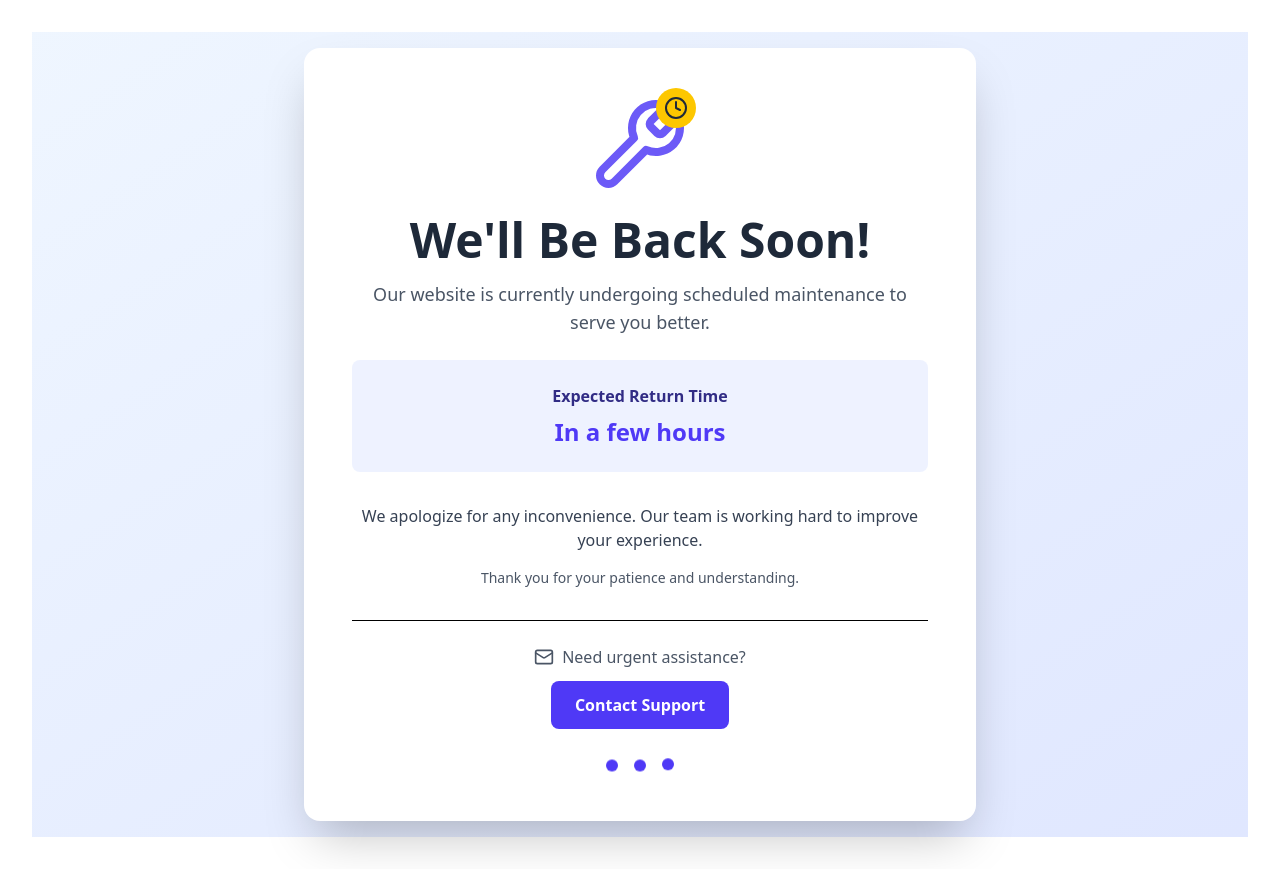
Repository: samratpoudel444/Maintenance
Page: / (app in fronted/)
The author's editor kept a copy of each file at every save. The page is drawn from the files as they stood at one save, then again after a run of saves.
The browser window is 1280 px wide. The pictures show the whole page.
The project was rebuilt for these pictures with package versions that can differ from the ones it lists, and the page was loaded fresh each time. Also part of the build but not shown: fronted/vite.config.js.

Above is the page before, as saved 2025-11-28 12:19:31.

### fronted/index.html
<!doctype html>
<html lang="en">
  <head>
    <meta charset="UTF-8" />
    <link rel="icon" type="image/svg+xml" href="/vite.svg" />
    <meta name="viewport" content="width=device-width, initial-scale=1.0" />
    <title>fronted</title>
  </head>
  <body>
    <div id="root"></div>
    <script type="module" src="/src/main.jsx"></script>
  </body>
</html>

### fronted/src/App.jsx
import './App.css'
import { Wrench, Clock, Mail } from "lucide-react";

function App() {

  return (
    <>
        <div className="min-h-screen bg-gradient-to-br from-blue-50 to-indigo-100 flex items-center justify-center p-4">
      <div className="max-w-2xl w-full bg-white rounded-2xl shadow-2xl p-8 md:p-12 text-center">
        <div className="flex justify-center mb-6">
          <div className="relative">
            <Wrench className="w-24 h-24 text-indigo-600 animate-pulse" />
            <div className="absolute -top-2 -right-2 bg-yellow-400 rounded-full p-2">
              <Clock className="w-6 h-6 text-gray-800" />
            </div>
          </div>
        </div>

        <h1 className="text-4xl md:text-5xl font-bold text-gray-800 mb-4">
          We'll Be Back Soon!
        </h1>

        <p className="text-lg text-gray-600 mb-6">
          Our website is currently undergoing scheduled maintenance to serve you better.
        </p>

        <div className="bg-indigo-50 rounded-lg p-6 mb-8">
          <p className="text-indigo-900 font-semibold mb-2">
            Expected Return Time
          </p>
          <p className="text-2xl font-bold text-indigo-600">
            In a few hours
          </p>
        </div>

        <div className="space-y-4 mb-8">
          <p className="text-gray-700">
            We apologize for any inconvenience. Our team is working hard to improve your experience.
          </p>
          <p className="text-gray-600 text-sm">
            Thank you for your patience and understanding.
          </p>
        </div>

        <div className="border-t pt-6">
          <p className="text-gray-600 mb-3 flex items-center justify-center gap-2">
            <Mail className="w-5 h-5" />
            Need urgent assistance?
          </p>
          <a
            href="mailto:support@yoursite.com"
            className="inline-block bg-indigo-600 text-white px-6 py-3 rounded-lg font-semibold hover:bg-indigo-700 transition-colors"
          >
            Contact Support
          </a>
        </div>

        <div className="mt-8 flex justify-center gap-4">
          <div className="w-3 h-3 bg-indigo-600 rounded-full animate-bounce"></div>
          <div className="w-3 h-3 bg-indigo-600 rounded-full animate-bounce" style={{ animationDelay: "0.2s" }}></div>
          <div className="w-3 h-3 bg-indigo-600 rounded-full animate-bounce" style={{ animationDelay: "0.4s" }}></div>
        </div>
      </div>
    </div>
    </>
  )
}

export default App

Loaded but not shown: fronted/src/main.jsx (common file); fronted/src/index.css (common file); fronted/src/App.css (common file)

After the next 2 saves:
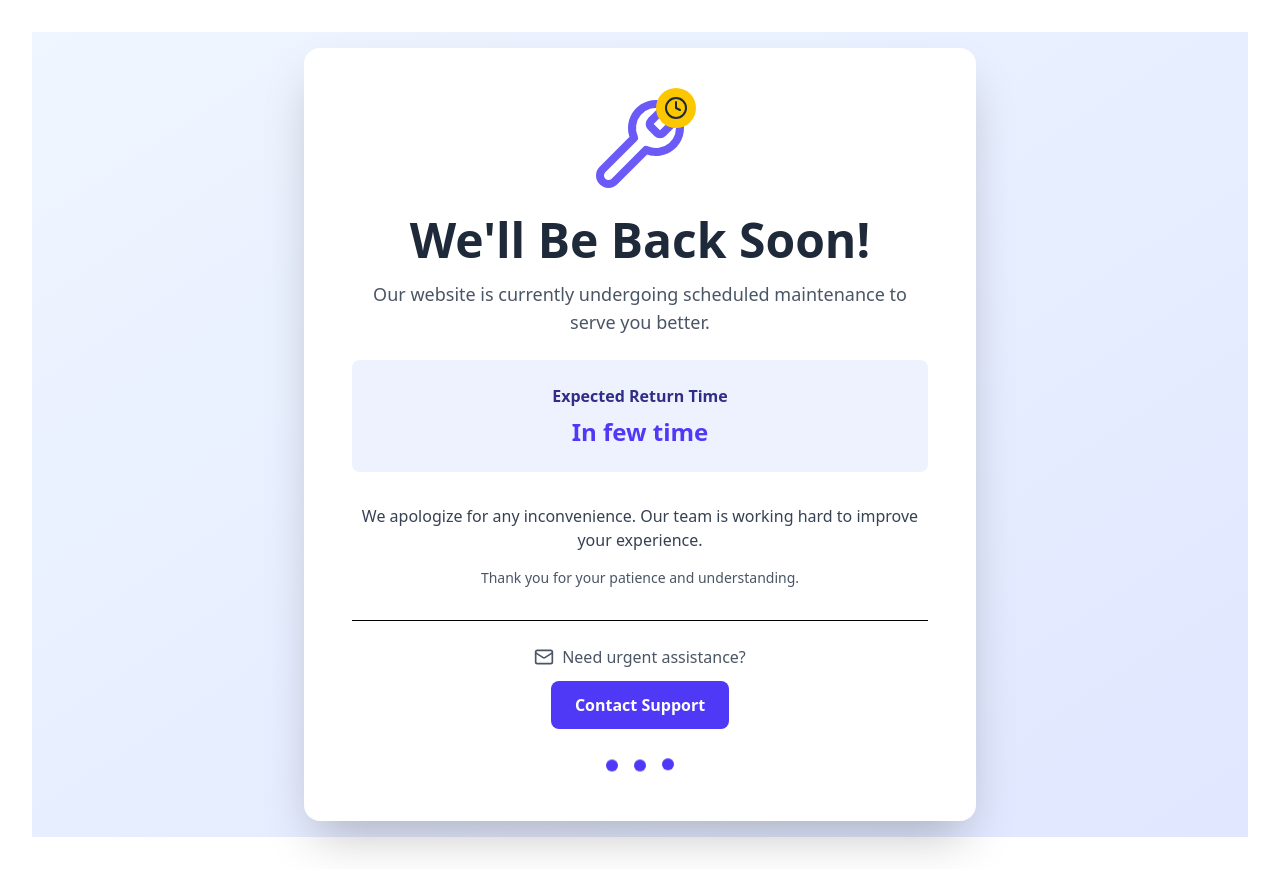
The 2 saves are shown as one change because they came seconds apart.
The last was saved 50 s later.
--- a/fronted/src/App.jsx
+++ b/fronted/src/App.jsx
@@ -29,7 +29,7 @@ function App() {
             Expected Return Time
           </p>
           <p className="text-2xl font-bold text-indigo-600">
-            In a few hours
+            In few time
           </p>
         </div>
 
